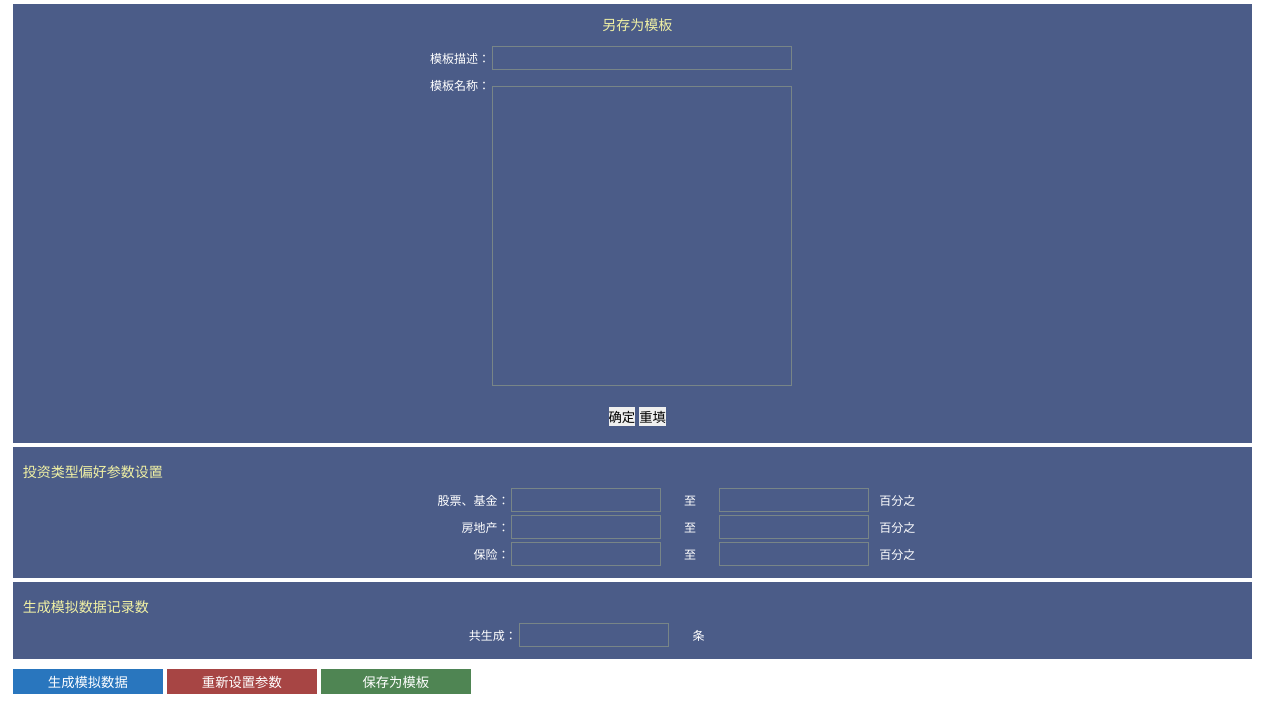
Repository: trieyouth/BigData
Page: http://localhost/BigData/WEB-INF/views/invesr-client-perference-analyse-system/data-collect/saveAsTemplate.jsp
The author's editor kept a copy of each file at every save. The page is drawn from the files as they stood at one save, then again after the next save.
The browser window is 1280 px wide. The pictures show the whole page.
The page is served by Tomcat 9. Nobody is signed in. The template is opened directly, without the code that normally fills it, so the values that code supplies are empty.

Above is the page before, as saved 2016-03-13 03:48:19.

After the next save:
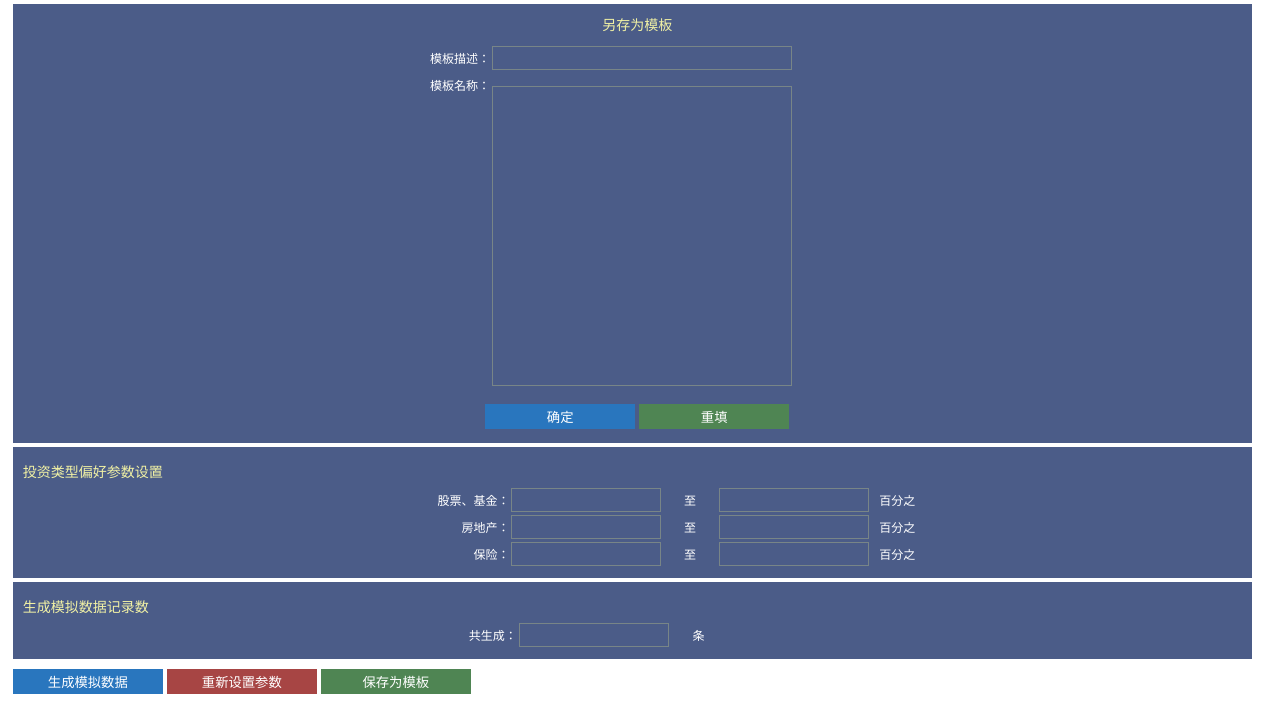
Saved 30 s later.
--- a/BigData/WebRoot/WEB-INF/views/invesr-client-perference-analyse-system/data-collect/saveAsTemplate.jsp
+++ b/BigData/WebRoot/WEB-INF/views/invesr-client-perference-analyse-system/data-collect/saveAsTemplate.jsp
@@ -60,8 +60,8 @@ String basePath = request.getScheme()+"://"+request.getServerName()+":"+request.
       </tr>
       <tr style="text-align:center;">
         <td colspan="2" style="height:30px">
-        <input type="submit" value="确定">
-        <input type="reset" value="重填">
+        <input type="submit" id="button1style" value="确定">
+        <input type="reset" id="button3style" value="重填">
         </td>
       </tr>
     </table>
